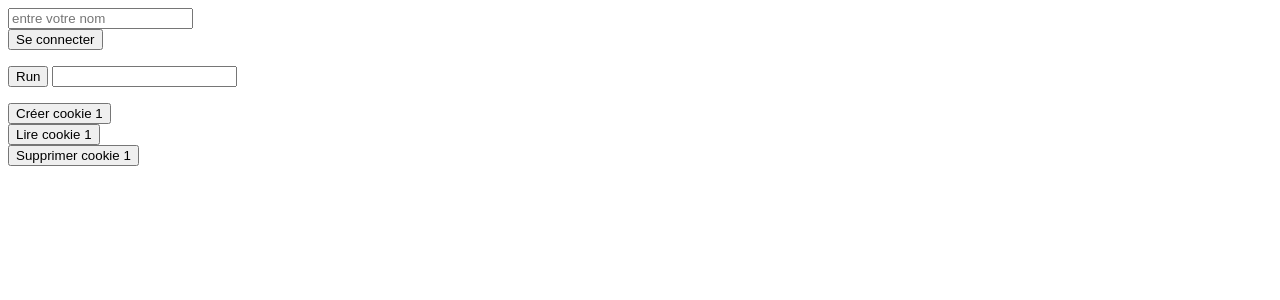
Repository: SarahG4000/workshop-cookies
Page: http://localhost/index.php
The author's editor kept a copy of each file at every save. The page is drawn from the files as they stood at one save, then again after the next save.
The browser window is 1280 px wide. The pictures show the whole page.
The page is run by PHP 8.4 with error messages shown; the project is at /var/www/html/.

Above is the page before, as saved 2020-09-02 11:42:24.

After the next save:
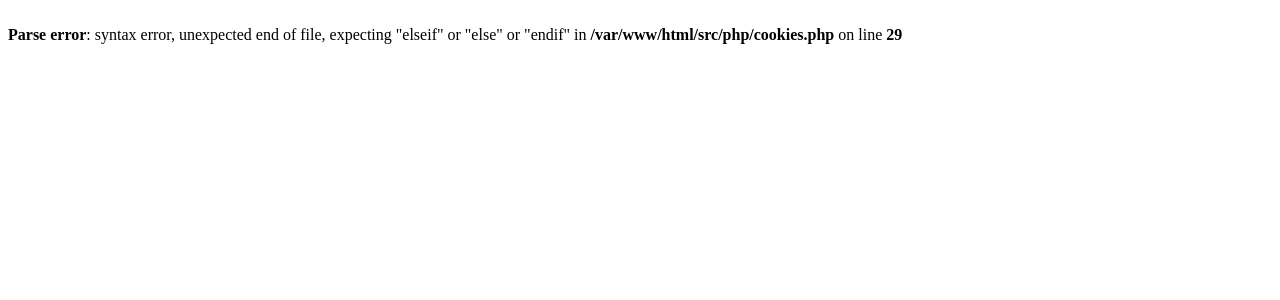
Saved 115 s later.
--- a/src/php/cookies.php
+++ b/src/php/cookies.php
@@ -18,7 +18,8 @@
 // }
 //
 ?>
-
+<?php if($nomutilisateur): ?>
+    <h1>Hello <?= $nomutilisateur ?></h1>
 <form action="" method="post">
 <div>
 <input name="nom" placeholder="entre votre nom" />

After the save that followed:
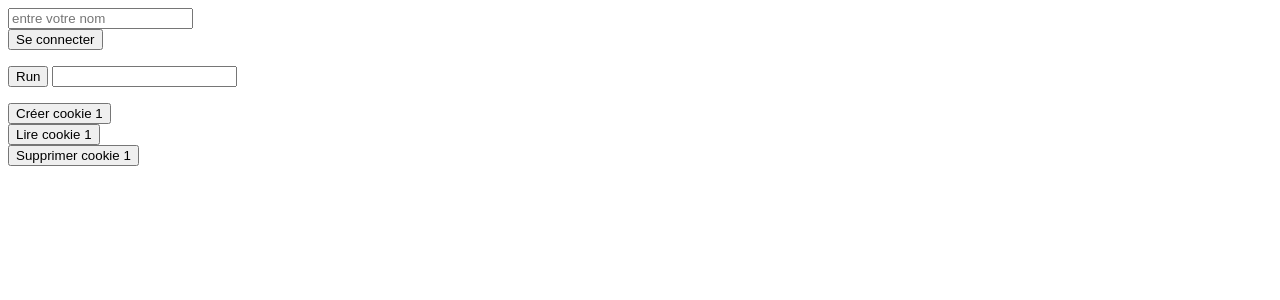
Saved 53 s later.
--- a/src/php/cookies.php
+++ b/src/php/cookies.php
@@ -18,11 +18,13 @@
 // }
 //
 ?>
-<?php if($nomutilisateur): ?>
+<?php if ($nomutilisateur): ?>
     <h1>Hello <?= $nomutilisateur ?></h1>
+<?php else: ?>
 <form action="" method="post">
 <div>
 <input name="nom" placeholder="entre votre nom" />
 </div>
 <button>Se connecter</button>
 </form>
+<?php endif; ?>
